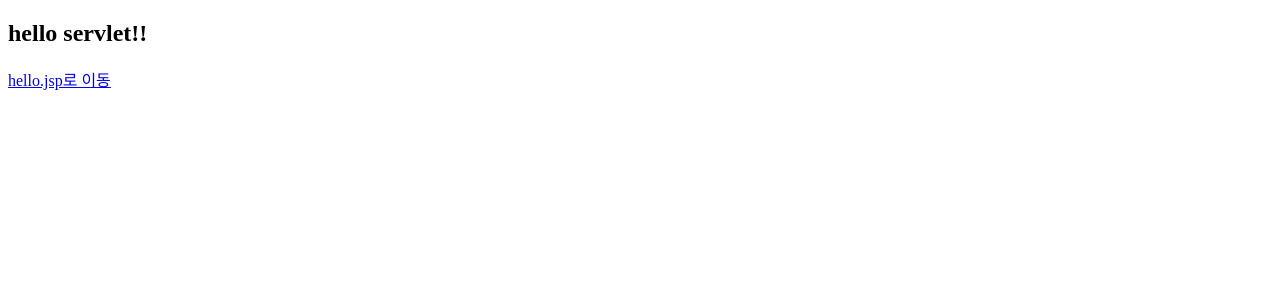
Repository: guguping/finalTestStudy
Page: http://localhost/project_20230727/
An editor plug-in stored every save of this project. The page is shown before and after a run of saves, followed by the edit.
The browser window is 1280 px wide. The pictures show the whole page.
The page is served by Tomcat 9.

Above is the page before, as saved 2023-07-27 01:41:07.

After the next 3 saves:
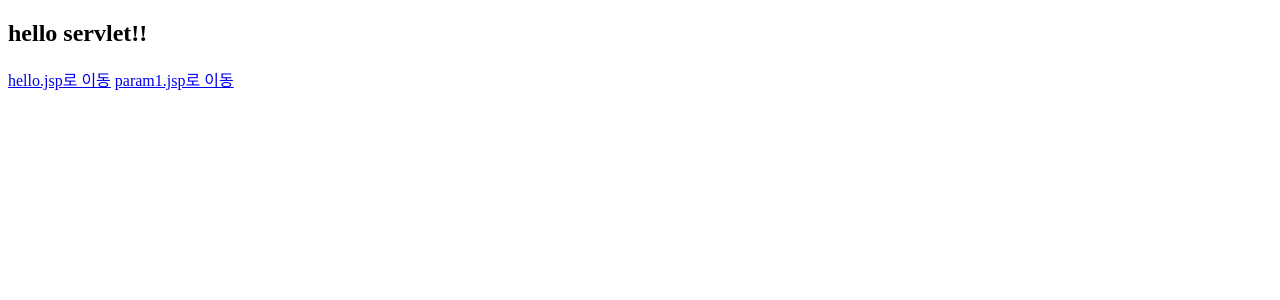
The 3 saves are shown as one change because 2 did not build or start.
The last was saved 2 min 11 s later.
--- a/project_20230727/src/main/webapp/index.jsp
+++ b/project_20230727/src/main/webapp/index.jsp
@@ -10,5 +10,6 @@
 	<h2>hello servlet!!</h2>
 	<a href="hello.jsp">hello.jsp로 이동</a>
 	<!-- param1.jsp에 get방식으로 p1="안녕" p2="반가워" 를 보내봅시다. -->
+	<a href="param1.jsp?p1="안녕"&p2="반가워">param1.jsp로 이동</a>
 </body>
 </html>
